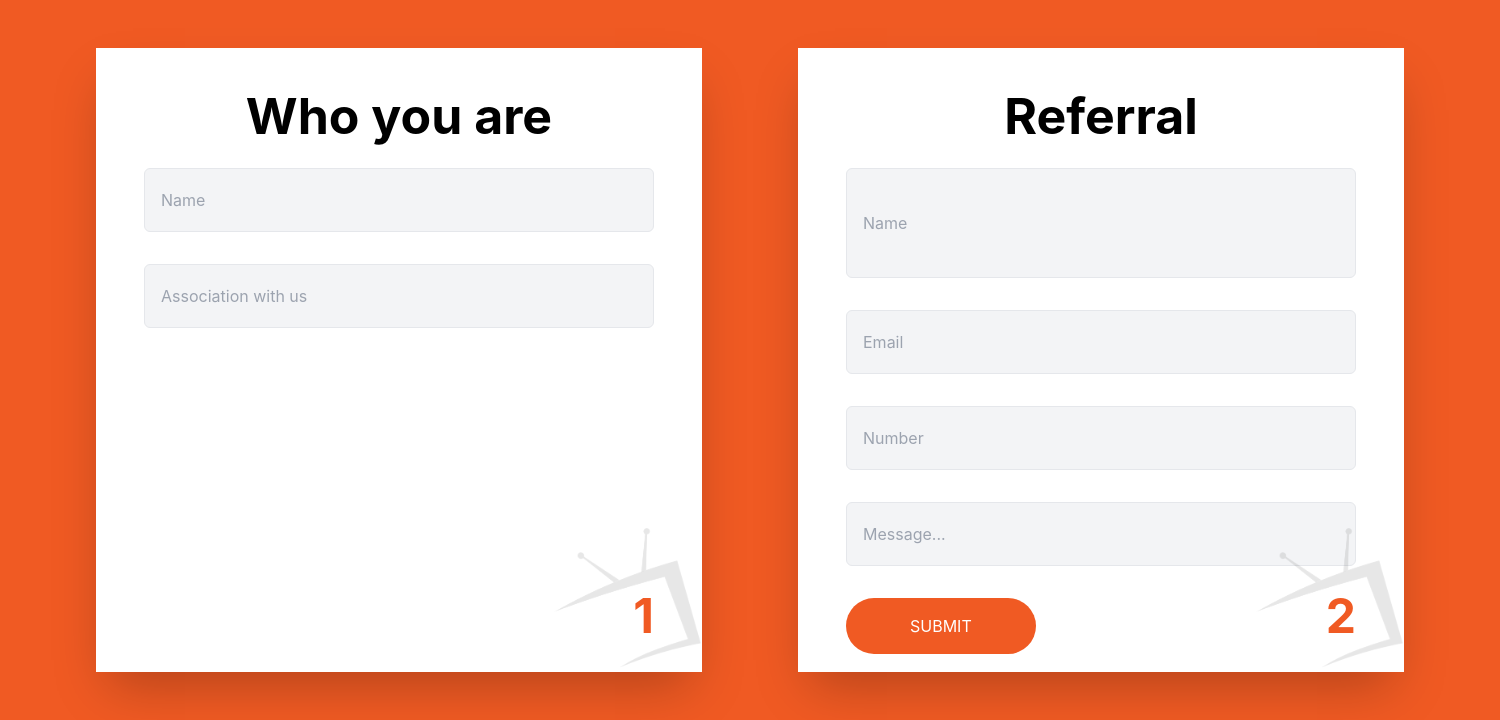
Repository: legenddev1202/whyclicktv
Page: /referrel
An editor plug-in stored every save of this project. The page is shown before and after the next save, followed by the edit.
The browser window is 1280 px wide. The page is 1500 px wide, so the pictures cover 1500 px, including what lies to the right of the window. The pictures show the whole page.
The project was rebuilt for these pictures with package versions that can differ from the ones it lists, and the page was loaded fresh each time. Also part of the build but not shown: src/App.css, src/pages/home.js, src/pages/about.js, src/pages/contact.js, src/pages/partners.js.

Above is the page before, as saved 2022-03-31 14:58:49.

### public/index.html
<!DOCTYPE html>
<html lang="en">
  <head>
    <meta charset="utf-8" />
    <link rel="icon" href="%PUBLIC_URL%/favicon.ico" />
    <meta name="viewport" content="width=device-width, initial-scale=1" />
    <meta name="theme-color" content="#000000" />
    <meta name="description" content="why-click" />
    <link rel="apple-touch-icon" href="%PUBLIC_URL%/favicon.ico" />
    <!--
      manifest.json provides metadata used when your web app is installed on a
      user's mobile device or desktop. See https://developers.google.com/web/fundamentals/web-app-manifest/
    -->
    <link rel="manifest" href="%PUBLIC_URL%/manifest.json" />
    <!--
      Notice the use of %PUBLIC_URL% in the tags above.
      It will be replaced with the URL of the `public` folder during the build.
      Only files inside the `public` folder can be referenced from the HTML.

      Unlike "/favicon.ico" or "favicon.ico", "%PUBLIC_URL%/favicon.ico" will
      work correctly both with client-side routing and a non-root public URL.
      Learn how to configure a non-root public URL by running `npm run build`.
    -->
    <title>WhyClick.tv</title>
  </head>
  <body>
    <noscript>WhyClick.tv</noscript>
    <div id="root"></div>
    <!--
      This HTML file is a template.
      If you open it directly in the browser, you will see an empty page.

      You can add webfonts, meta tags, or analytics to this file.
      The build step will place the bundled scripts into the <body> tag.

      To begin the development, run `npm start` or `yarn start`.
      To create a production bundle, use `npm run build` or `yarn build`.
    -->
  </body>
</html>

### src/index.css
@tailwind base;
@tailwind components;
@tailwind utilities;

body {
  margin: 0;
  font-family: -apple-system, BlinkMacSystemFont, "Segoe UI", "Roboto", "Oxygen",
    "Ubuntu", "Cantarell", "Fira Sans", "Droid Sans", "Helvetica Neue",
    sans-serif;
  -webkit-font-smoothing: antialiased;
  -moz-osx-font-smoothing: grayscale;
  height: 100%;
  min-height: 700px;
  min-width: 1500px;
}

code {
  font-family: source-code-pro, Menlo, Monaco, Consolas, "Courier New",
    monospace;
}

### src/App.js
import { Routes, Route, Link } from "react-router-dom";
import "./App.css";
import Home from "./pages/home";
import About from "./pages/about";
import Contact from "./pages/contact";
import Partners from "./pages/partners";
import Referral from "./pages/referral";

function App() {
  return (
    <Routes>
      <Route path="/" element={<Home />} />
      <Route path="about" element={<About />} />
      <Route path="contact" element={<Contact />} />
      <Route path="partners" element={<Partners />} />
      <Route path="referrel" element={<Referral />} />
    </Routes>
  );
}

export default App;

### src/pages/referral.js
import React from "react";
import { Routes, Route, Link } from "react-router-dom";

function Referral() {
  return (
    <div
      className="w-full"
      style={{ height: "100vh", backgroundColor: "#F05A23" }}
    >
      <div className="w-full p-12 flex h-full">
        <div className="w-1/2 p-12 mx-12 flex flex-col items-center bg-white h-11/12 relative shadow-2xl">
          <div className="text-4xl font-bold" style={{ fontSize: 50 }}>
            Who you are
          </div>
          <div className="w-full mt-8">
            <input
              className="w-full rounded-md h-16 border px-4 bg-gray-100"
              placeholder="Name"
            ></input>
            <div className="w-full mt-8">
              <input
                className="w-full rounded-md h-16 border px-4 bg-gray-100"
                placeholder="Association with us"
              ></input>
            </div>
          </div>
          <img
            className="logo-icon h-36 absolute bottom-0 right-0"
            src="assets/images/logos/tv-logo.png"
            alt="logo"
          />
          <div
            className="text-5xl font-bold absolute bottom-8 right-12"
            style={{ color: "#F05A23" }}
          >
            1
          </div>
        </div>
        <div className="w-1/2 p-12 mx-12 flex flex-col items-center bg-white h-11/12 relative shadow-2xl">
          <div className="text-4xl font-bold" style={{ fontSize: 50 }}>
            Referral
          </div>
          <div className="w-full mt-8">
            <input
              className="w-full rounded-md h-16 border px-4 bg-gray-100"
              placeholder="Name"
              style={{ height: 110 }}
            ></input>
            <div className="w-full mt-8">
              <input
                className="w-full rounded-md h-16 border px-4 bg-gray-100"
                placeholder="Email"
              ></input>
            </div>
            <div className="w-full mt-8">
              <input
                className="w-full rounded-md h-16 border px-4 bg-gray-100"
                placeholder="Number"
              ></input>
            </div>
            <div className="w-full mt-8">
              <input
                className="w-full rounded-md h-16 border px-4 bg-gray-100"
                placeholder="Message..."
              ></input>
            </div>
          </div>
          <div className="self-start mt-8">
            <button
              className="p-4 rounded-full px-16"
              style={{ backgroundColor: "#F05A23", color: "white" }}
            >
              SUBMIT
            </button>
          </div>
          <img
            className="logo-icon h-36 absolute bottom-0 right-0"
            src="assets/images/logos/tv-logo.png"
            alt="logo"
          />
          <div
            className="text-5xl font-bold absolute bottom-8 right-12"
            style={{ color: "#F05A23" }}
          >
            2
          </div>
        </div>
      </div>
    </div>
  );
}

export default Referral;

Loaded but not shown: src/index.js (common file); src/reportWebVitals.js (common file); tailwind.config.js (common file)

After the next save:
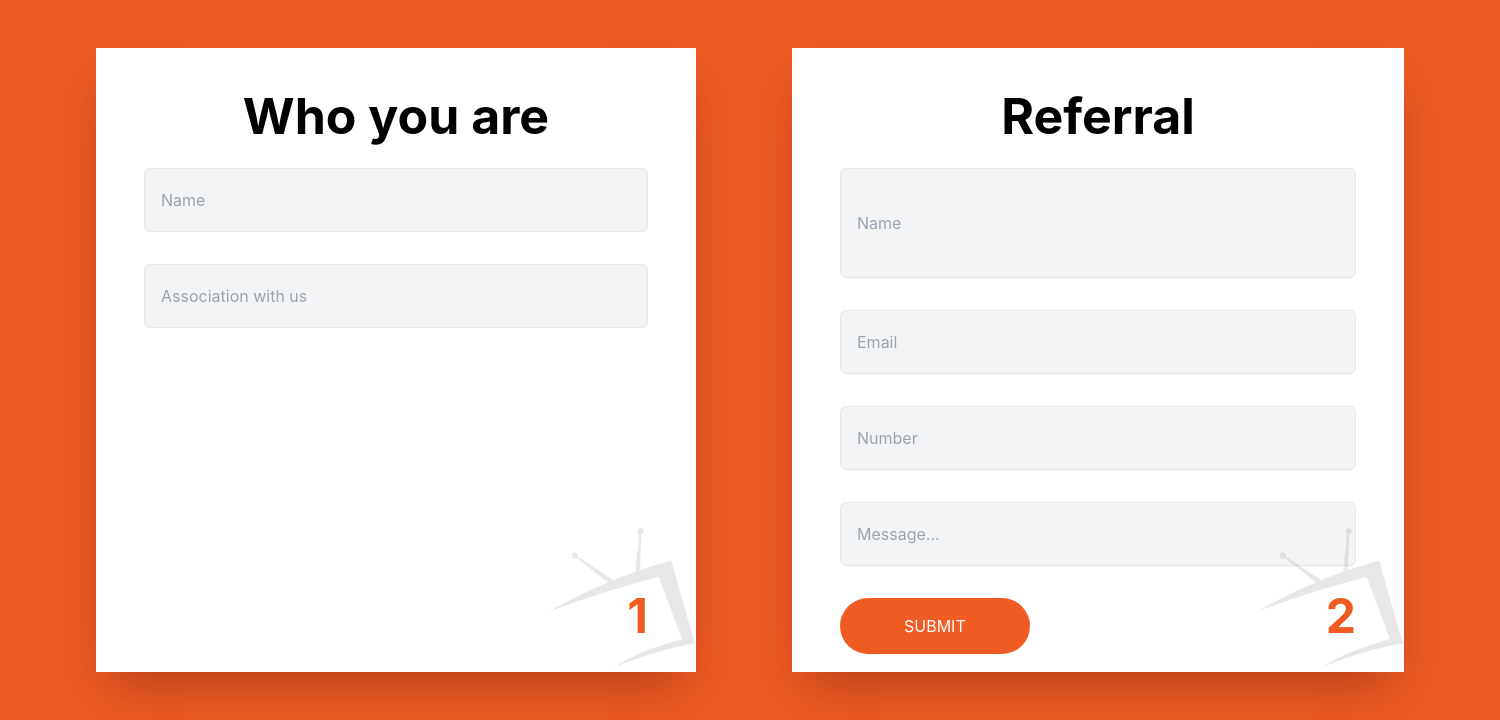
Saved 15 s later.
--- a/src/pages/referral.js
+++ b/src/pages/referral.js
@@ -44,7 +44,7 @@ function Referral() {
             <input
               className="w-full rounded-md h-16 border px-4 bg-gray-100"
               placeholder="Name"
-              style={{ height: 110 }}
+              style={{ height: 110, width: 516 }}
             ></input>
             <div className="w-full mt-8">
               <input
